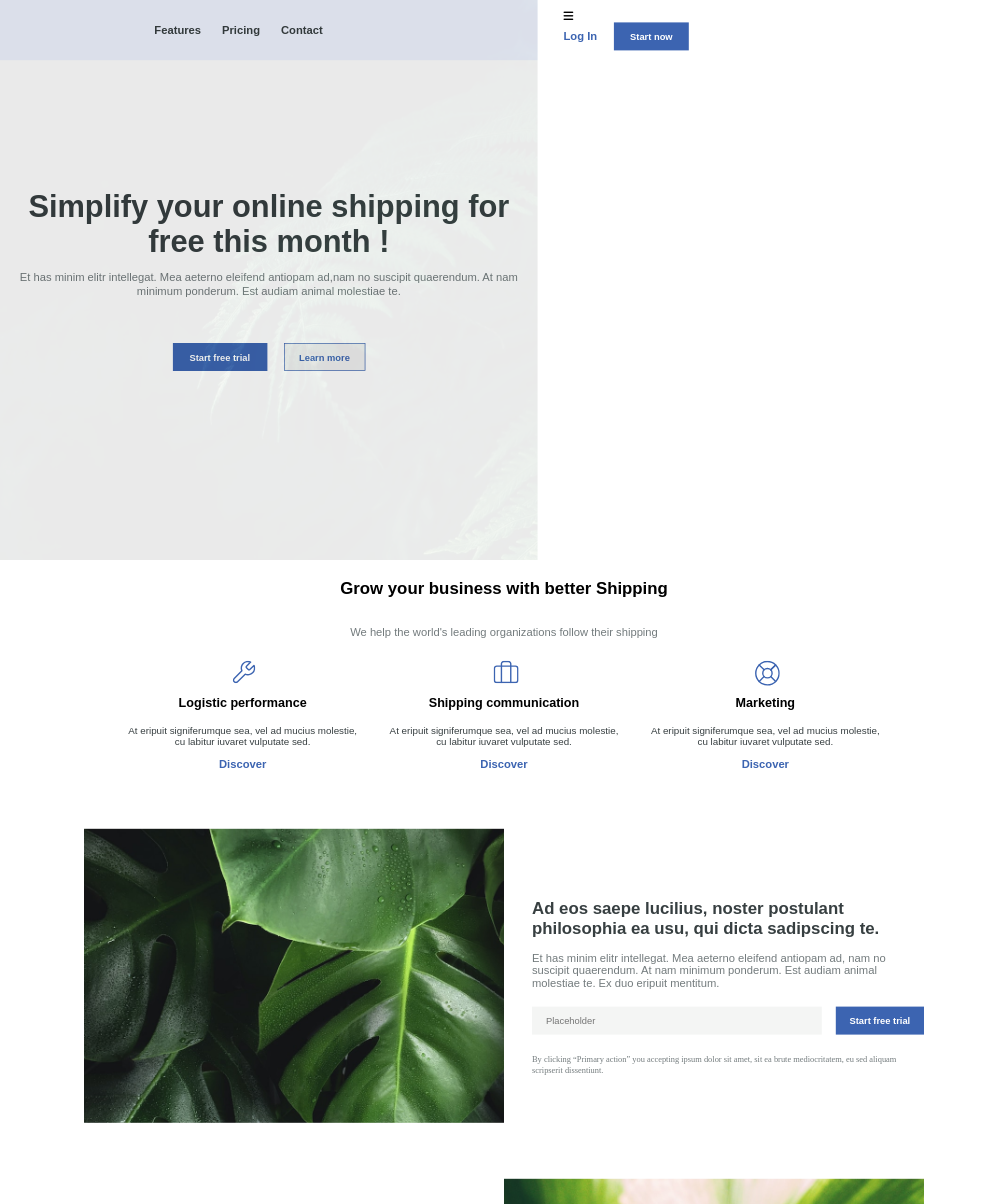
Repository: Mygit2001/LeTuSy_Test_Ecommage
Page: index.html
The author's editor kept a copy of each file at every save. The page is drawn from the files as they stood at one save, then again after the next save.
The browser window is 768 px wide. The page is 1440 px wide, so the pictures cover 1440 px, including what lies to the right of the window. The pictures show the part of the page from y = 0 to 1720 px (the page is 2604 px tall), at 70% of full size.
Some web fonts or font styles are not loaded; a fallback is used. Some web libraries are served in a nearby version.

Above is the page before, as saved 2023-02-15 22:13:13.

After the next save:
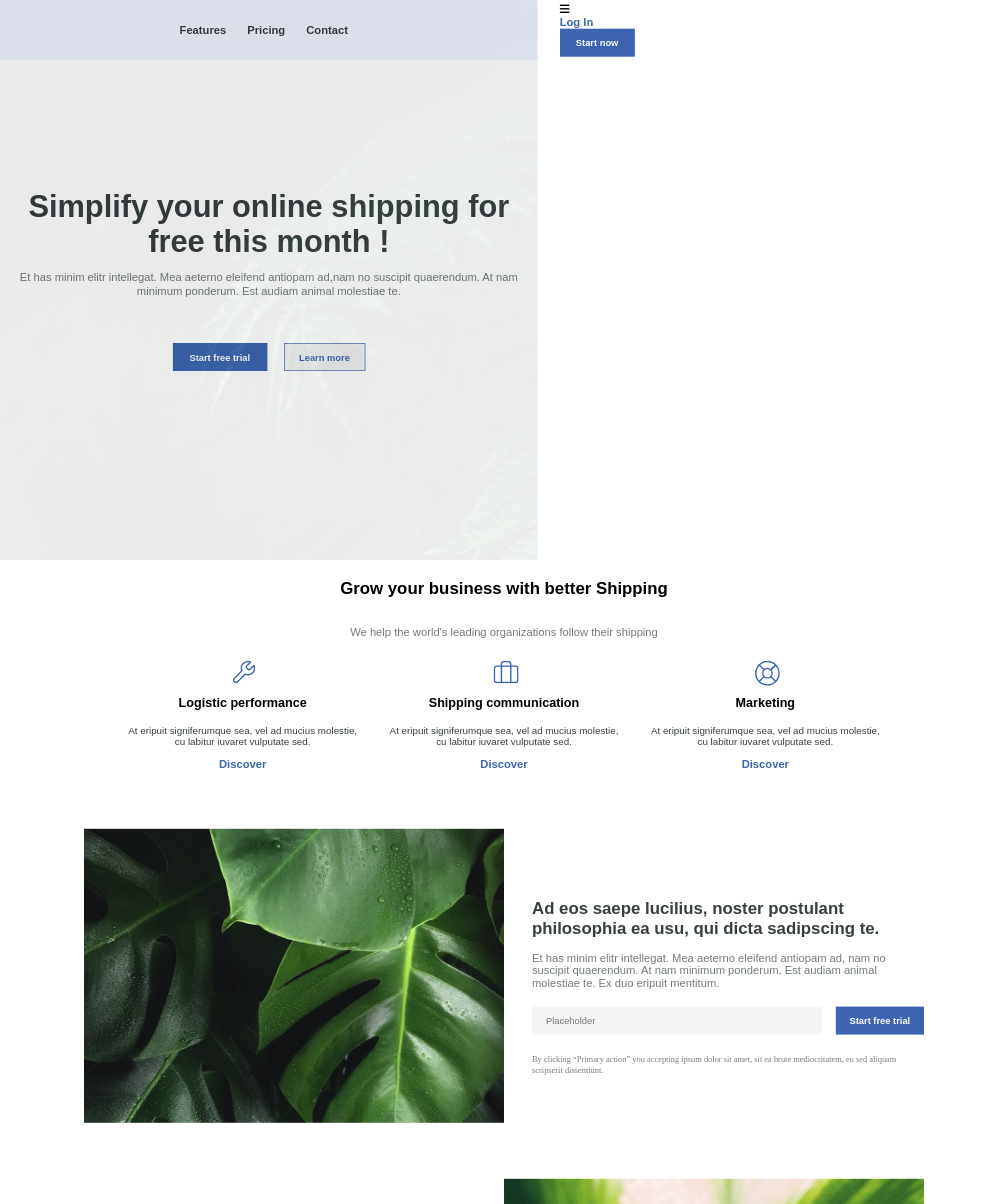
Saved 44 s later.
--- a/assets/css/responsive.css
+++ b/assets/css/responsive.css
@@ -34,7 +34,7 @@
     .bar-icon {
         display: block;
     }
-    .navbar-header {
+    .navbar_header {
         width: auto;
     }
 }
